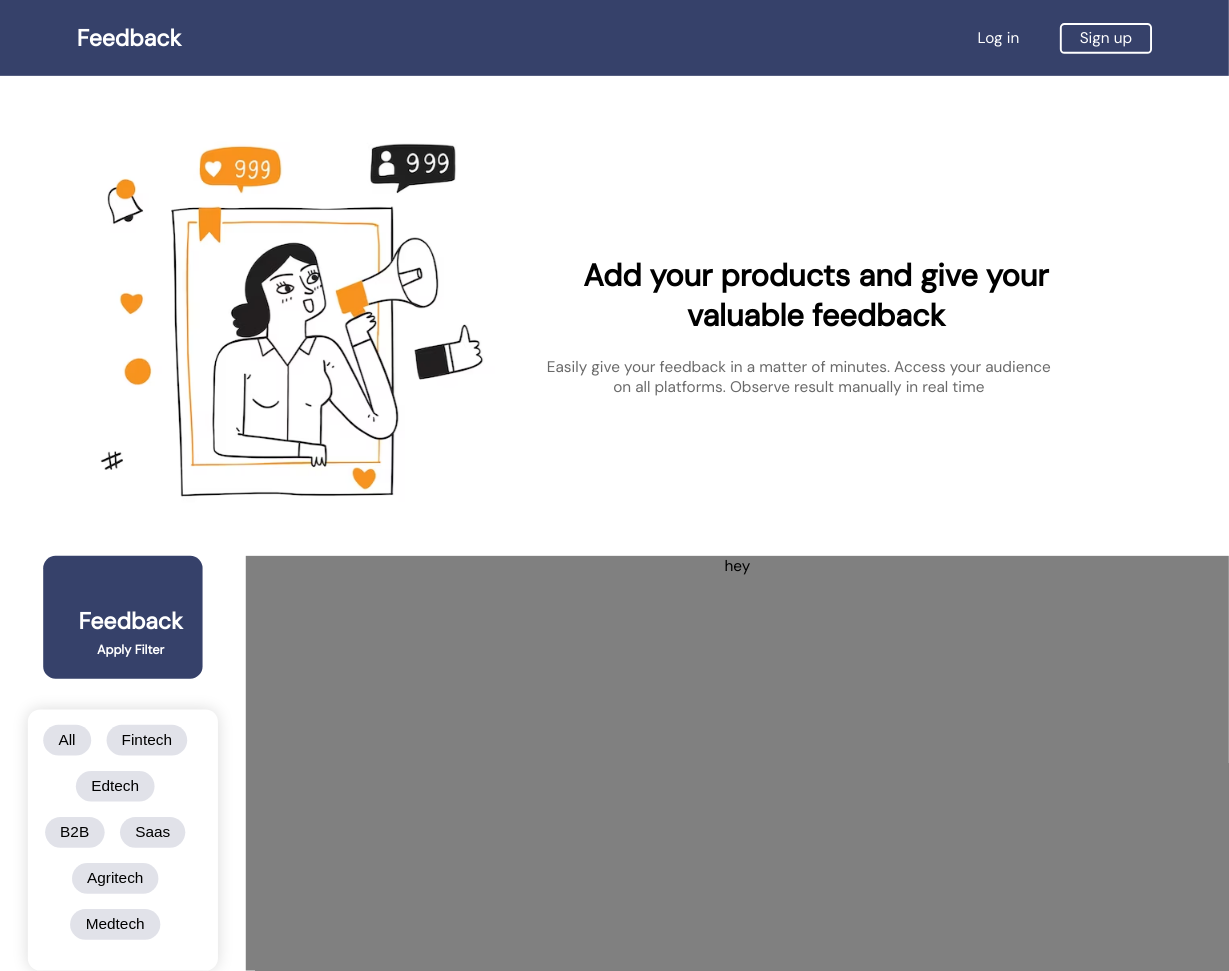
Repository: drumsmanku/final-evaluation-test
Page: / (app in client/)
An editor plug-in stored every save of this project. The page is shown before and after the next save, followed by the edit.
The browser window is 1280 px wide. The pictures show the whole page, at 96% of full size.
The page's requests for data from a server got no answer. The project was rebuilt for these pictures with package versions that can differ from the ones it lists, and the page was loaded fresh each time. No one was signed in, and anything a server would have sent is missing.

Above is the page before, as saved 2023-07-29 11:45:56.

### client/src/App.js
import './App.css';
import { BrowserRouter as Router, Route, Routes} from 'react-router-dom';
import MainPage from './Components/MainPage';
function App() {
  return (
    <div className="App">
      <Router>
        <Routes>
          <Route path='/' element={<MainPage/>}/>


        </Routes>
      </Router>
    </div>
  );
}

export default App;

### client/src/Components/MainPage.js
import React, {useState, useEffect} from 'react';
import '../CSS/MainPage.css';
import profile from'../Assets/profilepic.webp';
import img1 from '../Assets/frontphoto.png';
import axios from 'axios';

const buttonTitles=['All', 'Fintech', 'Edtech', 'B2B', 'Saas', 'Agritech', 'Medtech'];
const buttonStyles={
  padding:'0.2rem 1rem 0.2rem 1rem',
  backgroundColor:'#36416A26',
  fontSize:'medium',
  borderRadius:'1rem',
  border:'none',
  margin:'0 1rem 1rem 0',
  height:'2rem',
  textAlign:'center',
}

function MainPage() {
  const [categorySet, setCategorySet]=useState([])
  const [isLoggedIn, setIsLoggedIn]=useState(false);
  const [products, setProdcts]=useState([])
  useEffect(()=>{
    const User=localStorage.getItem('user');
    if(User){
      setIsLoggedIn(true);
    }

  }, []);
  const handleLogout=()=>{
    localStorage.removeItem('user');
    setIsLoggedIn(false);
  }
  const handleCategoryClick=(event)=>{
    const currentCat=event.target.value;
    if(!categorySet.includes(currentCat)){
      setCategorySet([...categorySet, event.target.value]);
    }
    else{
      setCategorySet(categorySet.filter(cat=>cat!=currentCat))
    }

  }

  useEffect(()=>{
    const category=categorySet
    axios.get(`http://localhost/4000/get-prods?category=${category.join(',')}`)
    .then((res)=>{setProdcts(res.data.products)})
    .catch(err=>console.log(err))

  }, [categorySet])

  return (
    <div className='main-container'>
      <div className="main-top-container">
        <div className='navbar' >
          <div style={{display:'flex',width:'100%', justifyContent:' space-between', alignItems:'center',}}>
          <h3 style={{marginLeft:'5rem', color:'white', fontSize:'1.5rem'}}>Feedback</h3>
          <div style={{display:'flex', marginRight:'5rem'}}>
              {isLoggedIn ? (
                <>
                  <button style={{background:'none', fontSize:'large', border:'none', fontFamily:'DM Sans', color:'white'}} onClick={handleLogout}>Logout</button>
                  <span style={{color:'white', fontFamily:'DM Sans', fontSize:'large', display:'flex', alignItems:'center', marginLeft:'1rem'}}>Hello!</span>
                  <img src={profile} alt="" height={50} width={50} style={{borderRadius:'100%', marginLeft:'1rem'}} />
                </>
              ) : (
                <>
                  <button className='btn-main-page-login' type='submit'  >Log in</button>
                  <button type='submit'  className='btn-main-page-register' >Sign up</button>
                </>
              )}
            </div>
          </div>
        </div>
        <div className="title-desc">
          <img src={img1} alt="" height={500} style={{marginLeft:'3rem'}}/>
          <div style={{display:'flex', flexDirection:'column', marginLeft:'2rem'}}>
              <h1 style={{maxWidth:'80%'}}> Add your products and give your valuable feedback</h1>
              <span style={{maxWidth:'75%', color:'#6A6A6A'}}>Easily give your feedback in a matter of minutes. Access your audience on all platforms. Observe result manually in real time</span>
          </div>
        </div>
      </div>
      <div className="main-bottom-container">
        <div className="bottom-left">
          <article style={{backgroundColor:'#36416A', width:'65%', color:'white', paddingTop:'2rem', borderRadius:'0.8rem', marginBottom:'2rem'}}>
            <h2 style={{marginBottom:'0.4rem',marginLeft:'1rem'}}>Feedback</h2>
            <h5 style={{marginTop:0, marginLeft:'1rem'}}>Apply Filter</h5>
          </article>
          <article style={{width:'65%', borderRadius:'0.8rem', padding:'1rem', boxShadow:'0 0 17px #00000026',}}>
             {buttonTitles.map((title, idx)=>(
              <button value={title} onClick={handleCategoryClick} style={{...buttonStyles}} key={idx}>{title}</button>
             ))}
          </article>
        </div>
        <div className="bottom-right">
          hey
        </div>
      </div>
    </div>
  )
}

export default MainPage

### client/src/CSS/MainPage.css
@import url('https://fonts.googleapis.com/css2?family=DM+Sans&display=swap');

body{
  font-family: 'DM Sans';
}
.main-container{
  height: 100vh;
  width: 100vw;
  display: flex;
  flex-direction: column;

}
.main-top-container{
  width: 100%;
}
.btn-main-page-login{
  height: 2rem;
  width: 6rem;
  font-weight: 500;
  font-size: medium ;
  background: none;
  border: none;
  border-radius: 0.3rem;
  margin-left: 1rem;
  margin-bottom:0;
  color: white;
  font-family: 'DM Sans';
  cursor: pointer;
}
.btn-main-page-register{
  height: 2rem;
  width: 6rem;
  font-size: medium;
  font-weight: 500;
  background-color: #36416A;
  border: 2px solid white;
  border-radius: 0.3rem;
  margin-left: 1rem;
  margin-bottom:0;
  color: white;
  font-family: 'DM Sans';
  cursor: pointer;
}
.navbar{
  width: 100%;
  background-color: #36416A;
}
.title-desc{
  width: 100%;
  display: flex;
  align-items: center;
  justify-content: space-around;

}
.bottom-left{
  width: 20%;
  display: flex;
  flex-direction: column;
  align-items: center;

}
.bottom-right{
  width: 80%;
  background-color: gray;
}
.main-bottom-container{
  width:100%;
  display: flex;
}

Loaded but not shown: client/public/index.html (common file); client/src/index.js (common file); client/src/index.css (common file); client/src/App.css (common file)

After the next save:
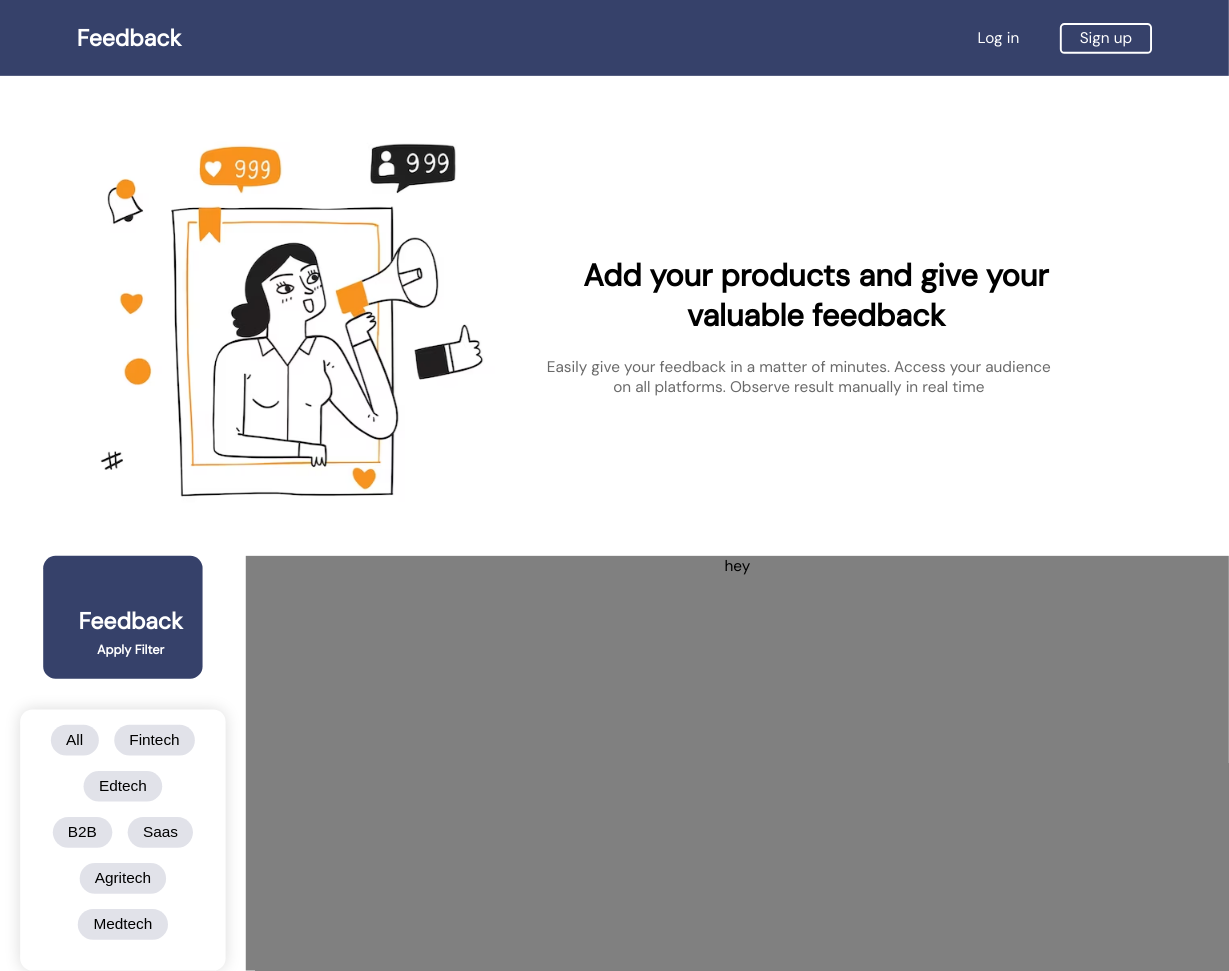
Saved 49 s later.
--- a/client/src/Components/MainPage.js
+++ b/client/src/Components/MainPage.js
@@ -86,7 +86,7 @@
             <h2 style={{marginBottom:'0.4rem',marginLeft:'1rem'}}>Feedback</h2>
             <h5 style={{marginTop:0, marginLeft:'1rem'}}>Apply Filter</h5>
           </article>
-          <article style={{width:'65%', borderRadius:'0.8rem', padding:'1rem', boxShadow:'0 0 17px #00000026',}}>
+          <article style={{width:'65%', borderRadius:'0.8rem', padding:'1rem 1rem 1rem 2rem', boxShadow:'0 0 17px #00000026',}}>
              {buttonTitles.map((title, idx)=>(
               <button value={title} onClick={handleCategoryClick} style={{...buttonStyles}} key={idx}>{title}</button>
              ))}

After the save that followed:
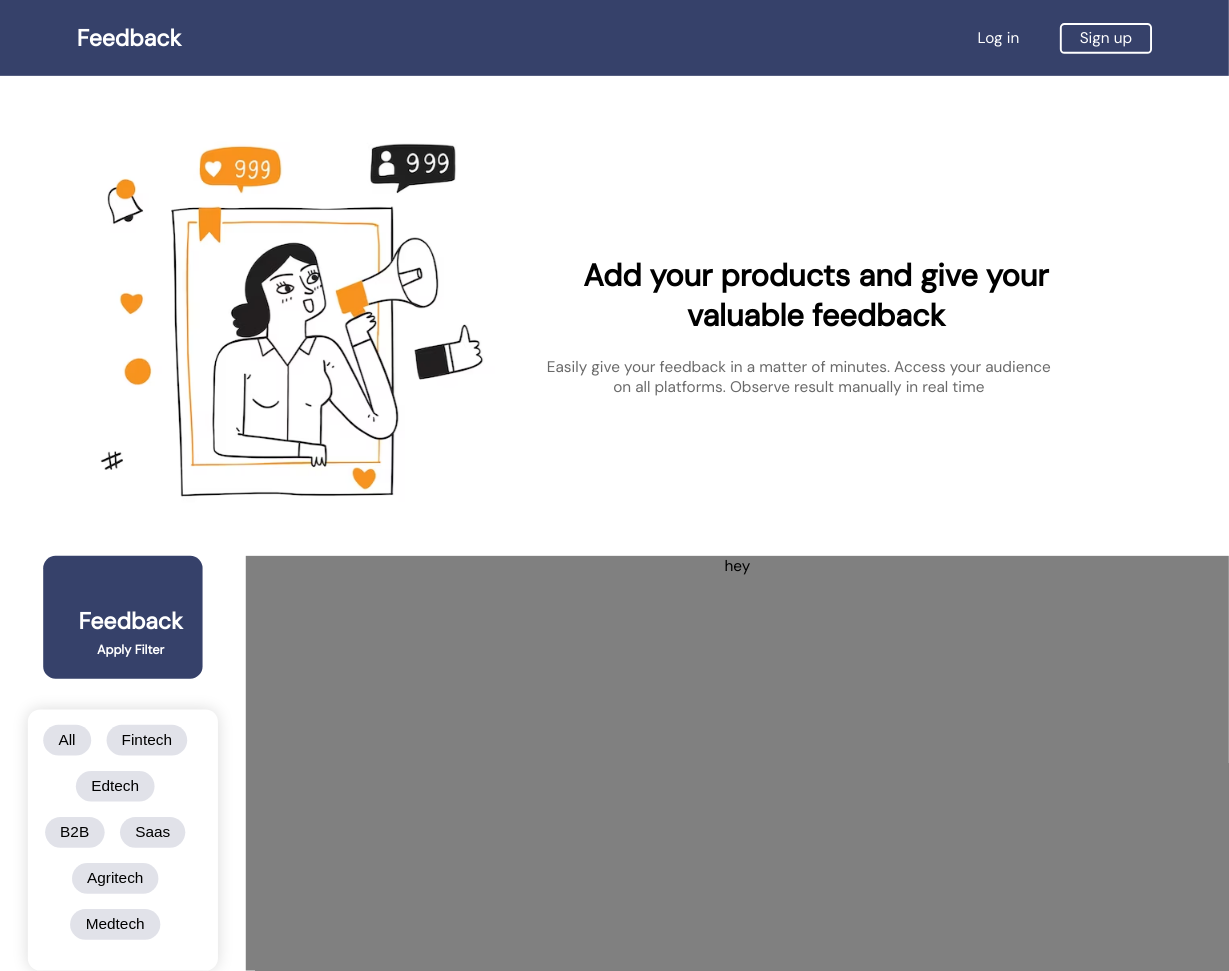
Saved 12 s later.
--- a/client/src/Components/MainPage.js
+++ b/client/src/Components/MainPage.js
@@ -86,7 +86,7 @@
             <h2 style={{marginBottom:'0.4rem',marginLeft:'1rem'}}>Feedback</h2>
             <h5 style={{marginTop:0, marginLeft:'1rem'}}>Apply Filter</h5>
           </article>
-          <article style={{width:'65%', borderRadius:'0.8rem', padding:'1rem 1rem 1rem 2rem', boxShadow:'0 0 17px #00000026',}}>
+          <article style={{width:'65%', borderRadius:'0.8rem', padding:'1rem', boxShadow:'0 0 17px #00000026',}}>
              {buttonTitles.map((title, idx)=>(
               <button value={title} onClick={handleCategoryClick} style={{...buttonStyles}} key={idx}>{title}</button>
              ))}
